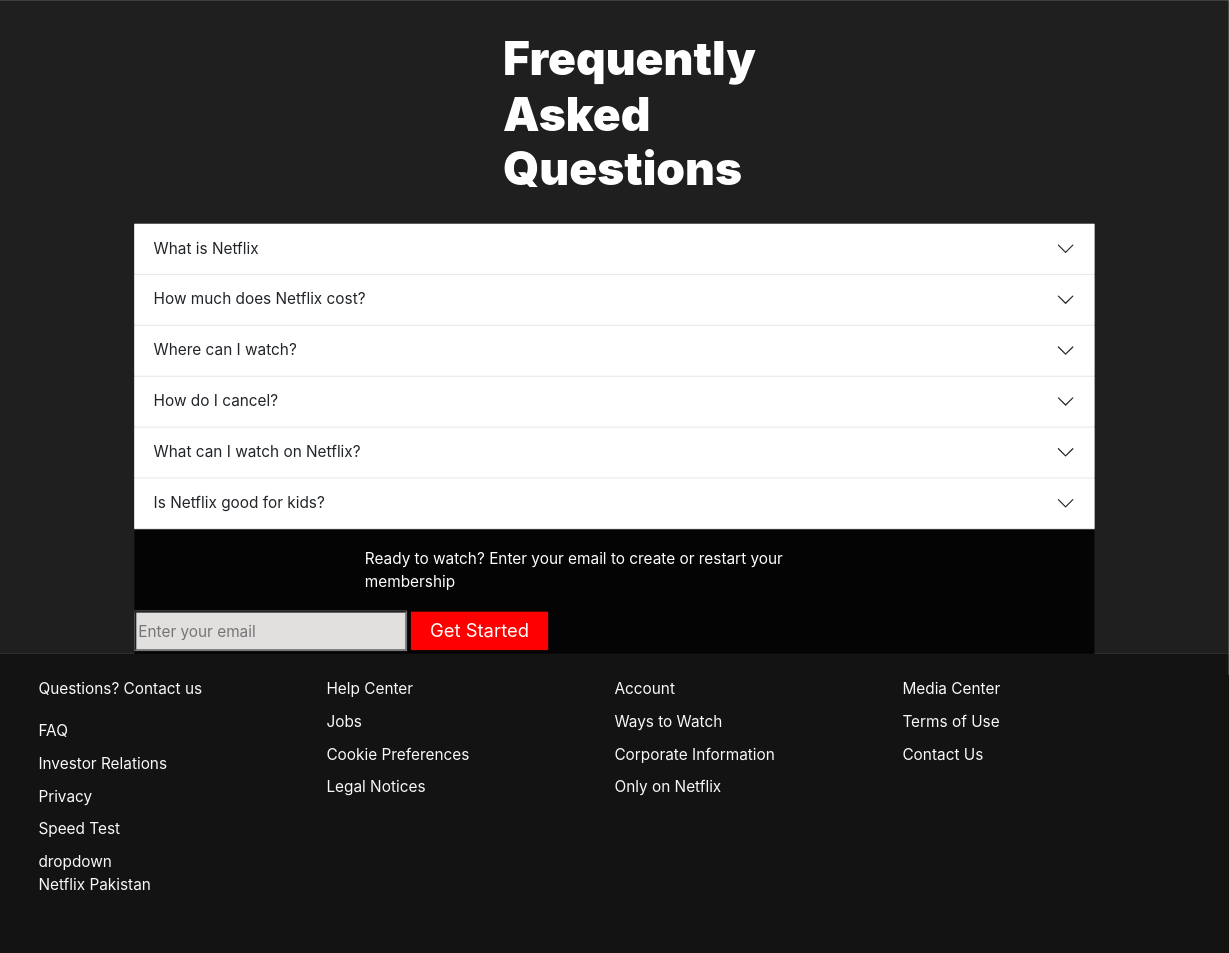
Repository: WajihaGul/Netflix-Clone
Page: /
The author's editor kept a copy of each file at every save. The page is drawn from the files as they stood at one save, then again after the next save.
The browser window is 1280 px wide. The pictures show the part of the page from y = 621 to 1630 px (the page is 1614 px tall before and 1630 px after), at 96% of full size.
The project was rebuilt for these pictures with package versions that can differ from the ones it lists, and the page was loaded fresh each time. Also part of the build but not shown: src/App.css.

Above is the page before, as saved 2024-05-24 16:17:02.

### public/index.html
<!DOCTYPE html>
<html lang="en">
  <head>
    <meta charset="utf-8" />
    <link rel="icon" href="https://encrypted-tbn0.gstatic.com/images?q=tbn:ANd9GcSJd82jZdXs8Uj9CX3mJFuRF27MZB7q_34xAg&s" />
    <meta name="viewport" content="width=device-width, initial-scale=1" />
    <meta name="theme-color" content="#000000" />
    <meta
      name="description"
      content="Web site created using create-react-app"
    />
    <link rel="apple-touch-icon" href="%PUBLIC_URL%/logo192.png" />
    <!--
      manifest.json provides metadata used when your web app is installed on a
      user's mobile device or desktop. See https://developers.google.com/web/fundamentals/web-app-manifest/
    -->
    <link rel="manifest" href="%PUBLIC_URL%/manifest.json" />
    <!--
      Notice the use of %PUBLIC_URL% in the tags above.
      It will be replaced with the URL of the `public` folder during the build.
      Only files inside the `public` folder can be referenced from the HTML.

      Unlike "/favicon.ico" or "favicon.ico", "%PUBLIC_URL%/favicon.ico" will
      work correctly both with client-side routing and a non-root public URL.
      Learn how to configure a non-root public URL by running `npm run build`.
    -->
    <title>Netflix- Watch TV Shows Online, Watch Movies Online</title>
  </head>
  <body>
    <noscript>You need to enable JavaScript to run this app.</noscript>
    <div id="root"></div>
    <!--
      This HTML file is a template.
      If you open it directly in the browser, you will see an empty page.

      You can add webfonts, meta tags, or analytics to this file.
      The build step will place the bundled scripts into the <body> tag.

      To begin the development, run `npm start` or `yarn start`.
      To create a production bundle, use `npm run build` or `yarn build`.
    -->
  </body>
</html>

### src/index.js
import "bootstrap/dist/css/bootstrap.min.css";
import React from "react";
import ReactDOM from "react-dom/client";
import "./index.css";
import App from "./App";
import reportWebVitals from "./reportWebVitals";

const root = ReactDOM.createRoot(document.getElementById("root"));
root.render(
  <React.StrictMode>
    <App />
  </React.StrictMode>
);

// If you want to start measuring performance in your app, pass a function
// to log results (for example: reportWebVitals(console.log))
// or send to an analytics endpoint. Learn more: https://bit.ly/CRA-vitals
reportWebVitals();

### src/App.js
import "./App.css";
import Footer from "./Components/Footer/Footer";
import FAQs from "./Components/FAQs/FAQs";
import SignupHere from "./Components/SignupHere/SignupHere";

function App() {
  return (
    <>
      <SignupHere />
      <FAQs />
      <Footer />
    </>
  );
}

export default App;

### src/Components/Footer/Footer.jsx
import React from "react";
import styles from "./Footer.module.css";
const Footer = () => {
  return (
    <>
      <footer className={`bg-dark text-light py-4 ${styles.mainclass}`}>
        <div className={styles.container}>
          <div className="row">
            <div className={styles.FooterHere}>
              <div className="col-lg-12">
                <p>Questions? Contact us </p>
                <ul>
                  <li>FAQ</li>
                  <li>Investor Relations</li>
                  <li>Privacy</li>
                  <li>Speed Test</li>
                  dropdown
                  <li>Netflix Pakistan</li>
                </ul>
              </div>

              <div className="col-lg-12">
                <ul>
                  <li>Help Center</li>
                  <li>Jobs</li>
                  <li>Cookie Preferences</li>
                  <li>Legal Notices</li>
                </ul>
              </div>

              <div className="col-lg-12 ">
                <ul>
                  <li>Account</li>
                  <li>Ways to Watch</li>
                  <li>Corporate Information</li>
                  <li>Only on Netflix</li>
                </ul>
              </div>

              <div className="col-lg-12 ">
                <ul>
                  <li>Media Center</li>
                  <li>Terms of Use</li>
                  <li>Contact Us</li>
                </ul>
              </div>
            </div>
          </div>
        </div>
      </footer>
    </>
  );
};

export default Footer;

### src/Components/FAQs/FAQs.jsx
import "bootstrap/dist/js/bootstrap.bundle.min.js"; // Import Bootstrap JavaScript
import React from "react";
import styles from "./FAQs.module.css";
const FAQs = () => {
  return (
    <>
      <div className={styles.parentdiv}>
        <h1 className={styles.faqh1}>Frequently Asked Questions</h1>
        <div
          className={`accordion accordion-flush id="accordionFlushExample"  ${styles.container}`}
        >
          <div className="accordion-item">
            <h2 className="accordion-header">
              <button
                className="accordion-button collapsed"
                type="button"
                data-bs-toggle="collapse"
                data-bs-target="#flush-collapseOne"
                aria-expanded="false"
                aria-controls="flush-collapseOne"
              >
                What is Netflix
              </button>
            </h2>
            <div
              id="flush-collapseOne"
              className="accordion-collapse collapse"
              data-bs-parent="#accordionFlushExample"
            >
              <div className="accordion-body">
                Netflix is a streaming service that offers a wide variety of
                award-winning TV shows, movies, anime, documentaries, and more
                on thousands of internet-connected devices. You can watch as
                much as you want, whenever you want without a single commercial
                – all for one low monthly price. There's always something new to
                discover and new TV shows and movies are added every week!
              </div>
            </div>
          </div>
          <div className="accordion-item">
            <h2 className="accordion-header">
              <button
                className="accordion-button collapsed"
                type="button"
                data-bs-toggle="collapse"
                data-bs-target="#flush-collapseTwo"
                aria-expanded="false"
                aria-controls="flush-collapseTwo"
              >
                How much does Netflix cost?
              </button>
            </h2>
            <div
              id="flush-collapseTwo"
              className="accordion-collapse collapse"
              data-bs-parent="#accordionFlushExample"
            >
              <div className="accordion-body">
                Watch Netflix on your smartphone, tablet, Smart TV, laptop, or
                streaming device, all for one fixed monthly fee. Plans range
                from Rs 250 to Rs 1,100 a month. No extra costs, no contracts.
              </div>
            </div>
          </div>
          <div className="accordion-item">
            <h2 className="accordion-header">
              <button
                className="accordion-button collapsed"
                type="button"
                data-bs-toggle="collapse"
                data-bs-target="#flush-collapseThree"
                aria-expanded="false"
                aria-controls="flush-collapseThree"
              >
                Where can I watch?
              </button>
            </h2>
            <div
              id="flush-collapseThree"
              className="accordion-collapse collapse"
              data-bs-parent="#accordionFlushExample"
            >
              <div className="accordion-body">
                Watch anywhere, anytime. Sign in with your Netflix account to
                watch instantly on the web at netflix.com from your personal
                computer or on any internet-connected device that offers the
                Netflix app, including smart TVs, smartphones, tablets,
                streaming media players and game consoles. You can also download
                your favorite shows with the iOS, Android, or Windows 10 app.
                Use downloads to watch while you're on the go and without an
                internet connection. Take Netflix with you anywhere.
              </div>
            </div>
          </div>
          <div className="accordion-item">
            <h2 className="accordion-header">
              <button
                className="accordion-button collapsed"
                type="button"
                data-bs-toggle="collapse"
                data-bs-target="#flush-collapseOne"
                aria-expanded="false"
                aria-controls="flush-collapseOne"
              >
                How do I cancel?
              </button>
            </h2>
            <div
              id="flush-collapseOne"
              className="accordion-collapse collapse"
              data-bs-parent="#accordionFlushExample"
            >
              <div className="accordion-body">
                Netflix is flexible. There are no pesky contracts and no
                commitments. You can easily cancel your account online in two
                clicks. There are no cancellation fees – start or stop your
                account anytime.
              </div>
            </div>
          </div>
          <div className="accordion-item">
            <h2 className="accordion-header">
              <button
                className="accordion-button collapsed"
                type="button"
                data-bs-toggle="collapse"
                data-bs-target="#flush-collapseTwo"
                aria-expanded="false"
                aria-controls="flush-collapseTwo"
              >
                What can I watch on Netflix?
              </button>
            </h2>
            <div
              id="flush-collapseTwo"
              className="accordion-collapse collapse"
              data-bs-parent="#accordionFlushExample"
            >
              <div className="accordion-body">
                Netflix has an extensive library of feature films,
                documentaries, TV shows, anime, award-winning Netflix originals,
                and more. Watch as much as you want, anytime you want.
              </div>
            </div>
          </div>
          <div className="accordion-item">
            <h2 className="accordion-header">
              <button
                className="accordion-button collapsed"
                type="button"
                data-bs-toggle="collapse"
                data-bs-target="#flush-collapseThree"
                aria-expanded="false"
                aria-controls="flush-collapseThree"
              >
                Is Netflix good for kids?
              </button>
            </h2>
            <div
              id="flush-collapseThree"
              className="accordion-collapse collapse"
              data-bs-parent="#accordionFlushExample"
            >
              <div className="accordion-body">
                The Netflix Kids experience is included in your membership to
                give parents control while kids enjoy family-friendly TV shows
                and movies in their own space. Kids profiles come with
                PIN-protected parental controls that let you restrict the
                maturity rating of content kids can watch and block specific
                titles you don’t want kids to see.
              </div>
            </div>
          </div>

          <p className={styles.SignupText}>
            Ready to watch? Enter your email to create or restart your
            membership
          </p>
          <div className={styles.signupwithbtntn}>
            <input
              className={styles.SignupForm}
              type="email"
              id="email"
              name="email"
              placeholder="Enter your email"
              required
            />
            <button className={styles.SignUpBtn}>Get Started</button>
          </div>
        </div>
      </div>
    </>
  );
};
export default FAQs;

### src/Components/SignupHere/SignupHere.jsx
import styles from "./SignupHere.module.css";

const SignupHere = () => {
  return (
    <>
      <div className={styles.imgContainer}>
        <div className={`expand-lg bg-body-tertiary ${styles.navcontainer} `}>
          <h1>NETFLIX</h1>
          className={`expand-lg bg-body-tertiary ${styles.navcontainer} `}
          <div className="container-fluid">
            <a className={styles.brand} href="#">
              <span className={styles.navstyle}>NETFLIX</span>
            </a>

            <button className={styles.navbtn} type="submit">
              Sign in
            </button>
          </div>
          <div className={styles.SignupTextDiv}>
            <h1 className={styles.SignupText}>
              Unlimited movies, TV shows, and more
            </h1>
            <p className={styles.SignupText}>Watch anywhere. Cancel anytime.</p>
            <p className={styles.SignupText}>
              Ready to watch? Enter your email to create or restart your
              membership
            </p>
            <div>
              <input
                className={styles.SignupForm}
                type="email"
                id="email"
                name="email"
                placeholder="Enter your email"
                required
              />
              <button className={styles.SignUpBtn}>Get Started</button>
            </div>
          </div>
        </div>
      </div>
    </>
  );
};

export default SignupHere;

### src/Components/Footer/Footer.module.css
.mainclass{
    background-color: #141313 !important;
}
.container {
    max-width: 1200px;
    margin: 0 auto;

  }

  .FooterHere {
    display: flex;
    flex-wrap: wrap;
    justify-content: space-between;
  }

  .FooterHere > div {
    flex: 1;
    min-width: 200px;
    margin-bottom: 20px;
  }

  ul {
    list-style: none;
    padding: 0;
  }

  ul li {
    margin-bottom: 10px;
    cursor: pointer;
  }

  ul li:hover {
    text-decoration: underline;
  }

  footer p {
    margin-bottom: 20px;
  }

  @media (max-width: 768px) {
    .FooterHere {
      flex-direction: column;
      align-items: flex-start;
    }

    .FooterHere > div {
      min-width: 100%;
    }
  }

### src/Components/FAQs/FAQs.module.css
.parentdiv{
   background:#000000e0;
}
.container{
   width:1000px;
   margin: 0 auto;
   background:#000000e0;
}
.accordion-button {
   background-color: #495057; /* Darker gray for accordion headers */
   color: white; /* Text color */
 }

 /* Customize accordion body */
 .accordion-body {
   background-color: #343a40; /* Dark gray background for accordion body */
   color: white; /* Text color */
 }
.faqh1{
   color:white;
   font-size: 3rem;
   font-weight: 900;
   padding-left: 524px;
   padding-right: 524px;
   padding-bottom: 20px;
   padding-top: 32px;
}
.SignUpBtn{
   background: red;
   color: white;
   height: 40px;
   width: 143px;
   margin: 4px;
   /* border-radius: 7px; */
   border: none;
   font-size: larger;
}

.SignupText{
   color: white;
   padding-left: 240px;
    padding-right: 240px;
    padding-top: 18px;

}

.SignupForm{
   width: 284px;
   height: 42px;
   background: #e2dfdf;
   align-items:center;
   justify-content: center;
}
.signupwithbtn{
   /* display: flex;
   flex-direction: row;
   align-items: center;
   justify-content: center */
        display: flex;
      flex-direction: column;
      align-items: center; /* Center horizontally */
}

### src/Components/SignupHere/SignupHere.module.css
.imgContainer{
    margin-top: -79px;
    height: 700px;
    width: 100%;
    background-image: url(https://assets.nflxext.com/ffe/siteui/vlv3/a99688ca-33c3-4099-9baa-07a2e2acb398/0279102c-4f3f-4ed2-a283-cce57434d595/PK-en-20240520-popsignuptwoweeks-perspective_alpha_website_large.jpg);
}


.navbtn {
    background: #e61c1c;
    color: white;
    /* padding: 4px 17px; */
    border-radius: 7px;
    border: none;
    font-size: medium;
    font-family: emoji;
    margin-left: 343px;
    margin-right: 343px;
    padding-top: 4px;
    padding-bottom: 4px;
    height: 32px;
    width: 71px;
    margin-top: 2px;
    margin-bottom: 2px;
}

.navstyle{
    color: red;
    font-size: xx-large;
    font-family: emoji;
    padding-left: 343px;
    padding-right: 343px;
    padding-top: 10px;
    padding-bottom: 10px;
}

.navcontainer{
    background-color: transparent !important;
}
.SignupText{
    color: white;
    align-items: center;
    justify-content: center;
    display: flex;
    flex-direction: column;
}
.SignupTextDiv{
    color: white;
    align-items: center;
    justify-content: center;
    display: flex;
    flex-direction: column;
    margin-top: 170px;
}
.SignupForm{
    width: 284px;
    height: 42px;
    background: #e2dfdf;
}
.SignUpBtn{
    background: red;
    color: white;
    height: 40px;
    width: 143px;
    margin: 4px;
    /* border-radius: 7px; */
    border: none;
    font-size: larger;
}

Loaded but not shown: src/index.css (common file); src/reportWebVitals.js (common file)

After the next save:
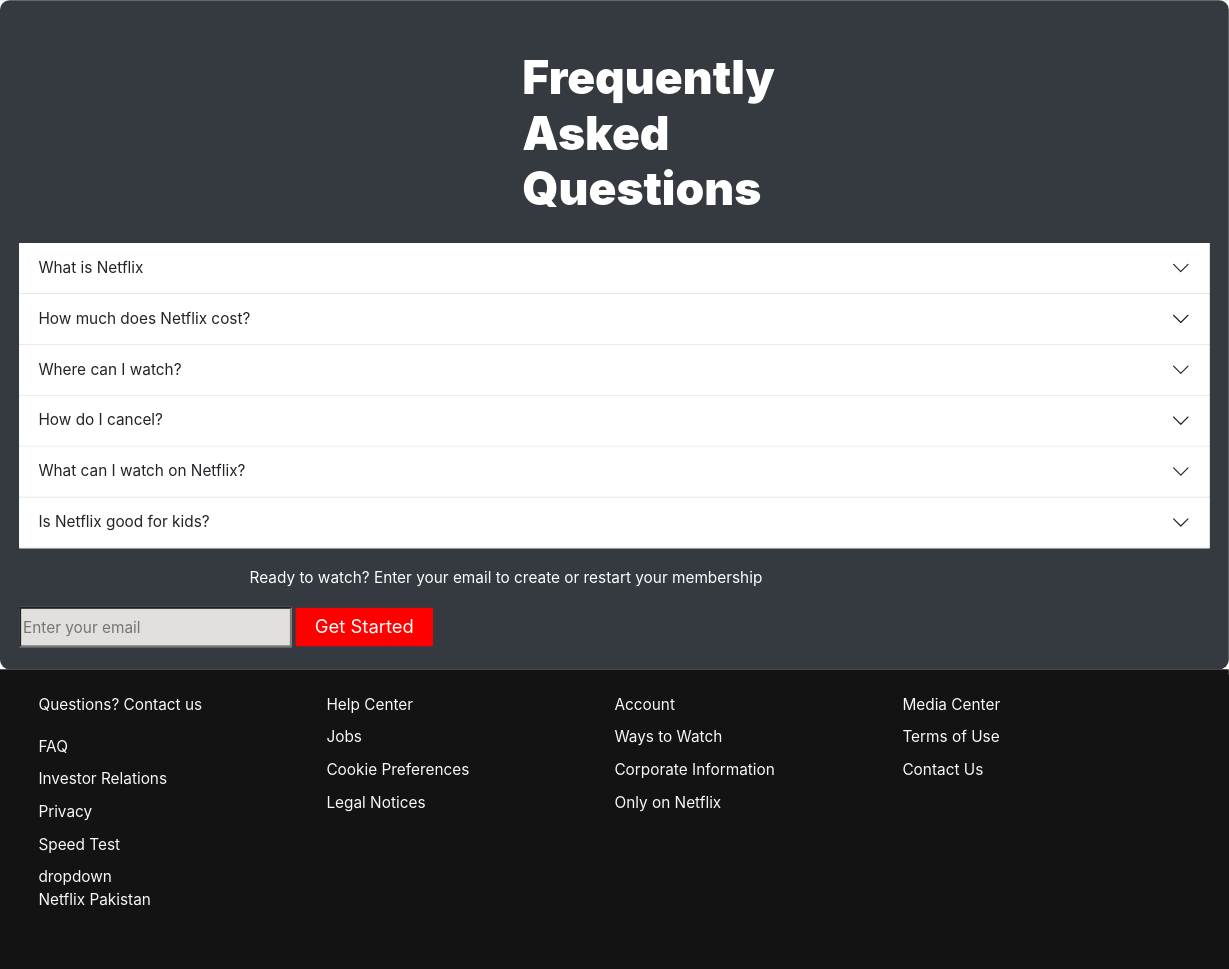
Saved 54 s later.
--- a/src/Components/FAQs/FAQs.module.css
+++ b/src/Components/FAQs/FAQs.module.css
@@ -1,11 +1,23 @@
-.parentdiv{
+/* .parentdiv{
    background:#000000e0;
 }
 .container{
    width:1000px;
    margin: 0 auto;
    background:#000000e0;
-}
+} */
+
+.parentdiv {
+   background-color: #343a40; /* Dark gray background */
+   padding: 20px;
+   border-radius: 10px; /* Add some border radius for a rounded appearance */
+ }
+
+ /* Apply dark theme to accordion */
+ .container {
+   background-color: #343a40; /* Dark gray background */
+   border-radius: 10px; /* Add some border radius for a rounded appearance */
+ }
 .accordion-button {
    background-color: #495057; /* Darker gray for accordion headers */
    color: white; /* Text color */

After the save that followed:
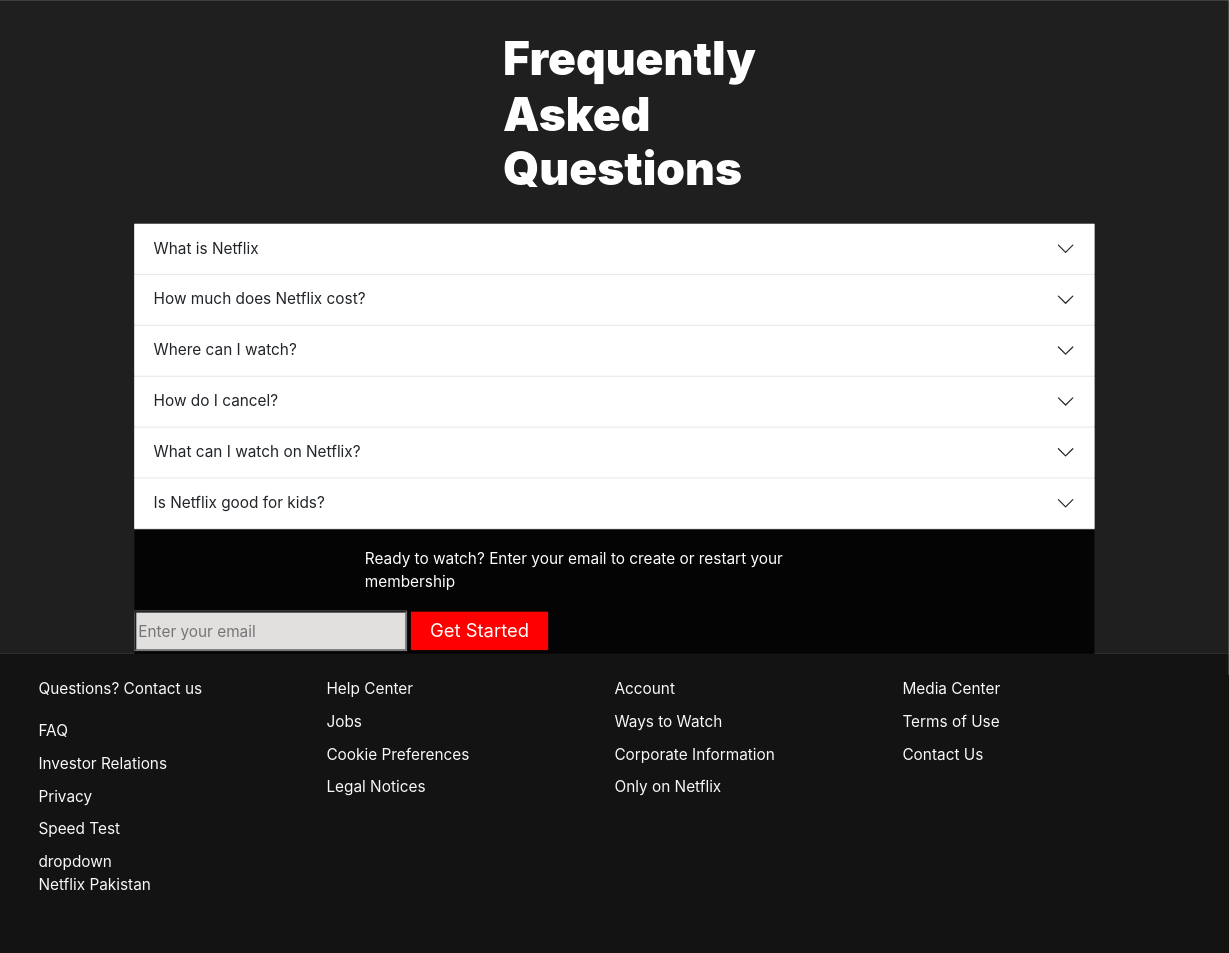
Saved 43 s later.
--- a/src/Components/FAQs/FAQs.module.css
+++ b/src/Components/FAQs/FAQs.module.css
@@ -1,29 +1,17 @@
-/* .parentdiv{
+.parentdiv{
    background:#000000e0;
 }
 .container{
    width:1000px;
    margin: 0 auto;
    background:#000000e0;
-} */
-
-.parentdiv {
-   background-color: #343a40; /* Dark gray background */
-   padding: 20px;
-   border-radius: 10px; /* Add some border radius for a rounded appearance */
- }
-
- /* Apply dark theme to accordion */
- .container {
-   background-color: #343a40; /* Dark gray background */
-   border-radius: 10px; /* Add some border radius for a rounded appearance */
- }
-.accordion-button {
+}
+/* .accordion-button {
    background-color: #495057; /* Darker gray for accordion headers */
    color: white; /* Text color */
- }
+ } */
 
- /* Customize accordion body */
+ Customize accordion body
  .accordion-body {
    background-color: #343a40; /* Dark gray background for accordion body */
    color: white; /* Text color */
